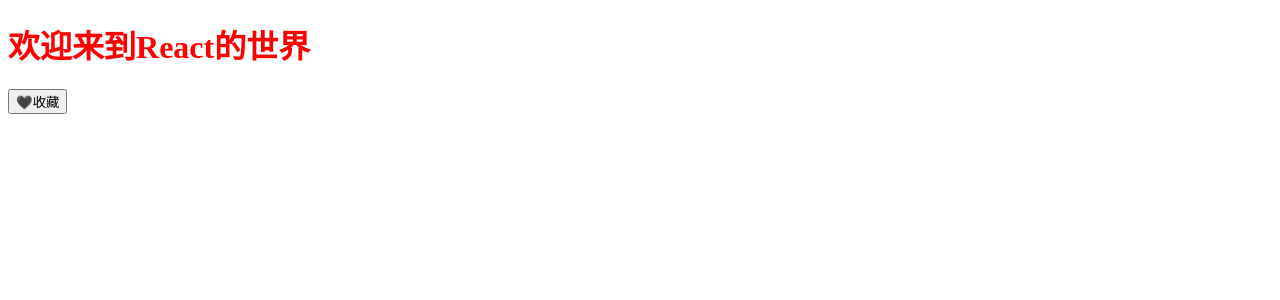
Repository: ysl200/111
Page: / (app in react/frontend/)
The author's editor kept a copy of each file at every save. The page is drawn from the files as they stood at one save, then again after the next save.
The browser window is 1280 px wide. The pictures show the whole page.
The project was rebuilt for these pictures with package versions that can differ from the ones it lists, and the page was loaded fresh each time.

Above is the page before, as saved 2023-12-26 20:48:50.

After the next save:
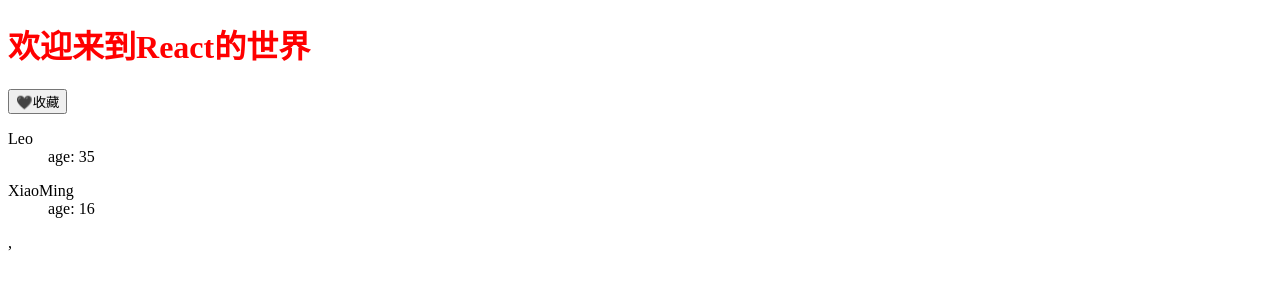
Saved 11 min 27 s later.
--- a/react/frontend/src/index.js
+++ b/react/frontend/src/index.js
@@ -1,12 +1,25 @@
 
 import React, { Component } from 'react'
 import ReactDOM from 'react-dom'
+
+
+const people = [{
+    id: 1,
+    name: 'Leo',
+    age: 35
+    }, {
+    id: 2,
+    name: 'XiaoMing',
+    age: 16
+    }]
+
 
 class App extends Component {
     state = {
         name: 'React',
         isLiked: false
     }
+
 
     handleBtnClick = () => {
         this.setState((prevState, props) => {
@@ -29,6 +42,15 @@
                     this.state.isLiked ? '❤取消' : '🖤收藏'
                 }
                 </button>
+                {people.map(person => {
+                    return (
+                    <dl key={person.id}>
+                    <dt>{person.name}</dt>
+                    <dd>age: {person.age}</dd>
+                    </dl>
+                    )
+                })},
+
             </div>
             )
     }
